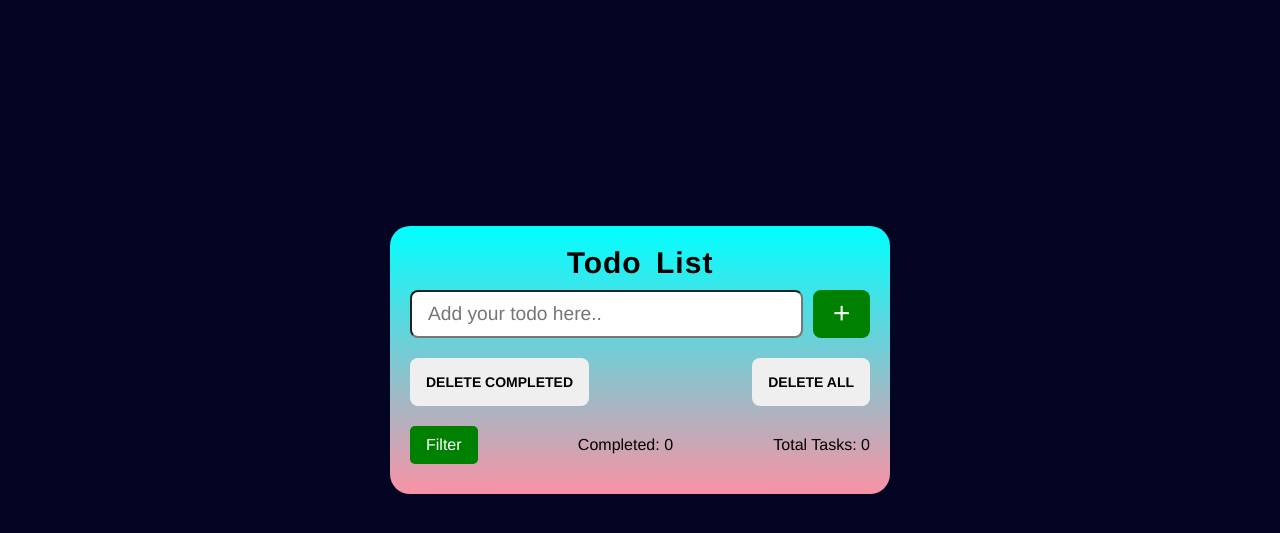
Repository: purnimapatel/to-do-list-CN-SkillTest-Assignment
Page: index.html
The author's editor kept a copy of each file at every save. The page is drawn from the files as they stood at one save, then again after the next save.
The browser window is 1280 px wide. The pictures show the whole page.

Above is the page before, as saved 2024-06-02 14:07:37.

After the next save:
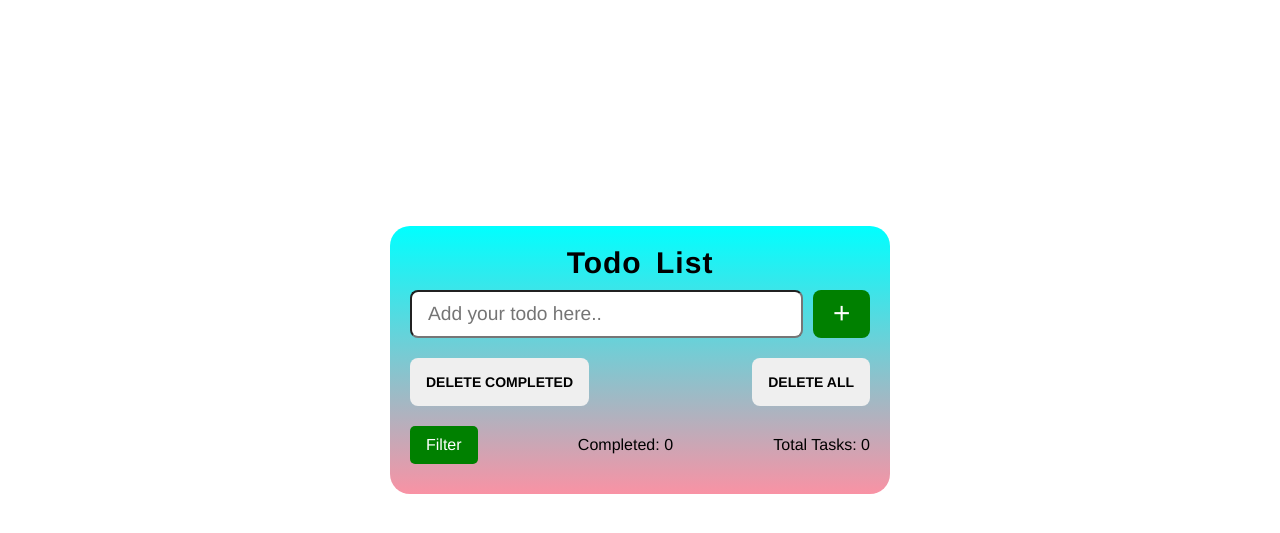
Saved 61 s later.
--- a/style.css
+++ b/style.css
@@ -19,7 +19,7 @@ body{
     display: flex;
     justify-content: center;
     align-items: center;
-    background-color: rgb(4, 4, 35);
+    background-color: grey(4, 4, 35);
 }
 
 
